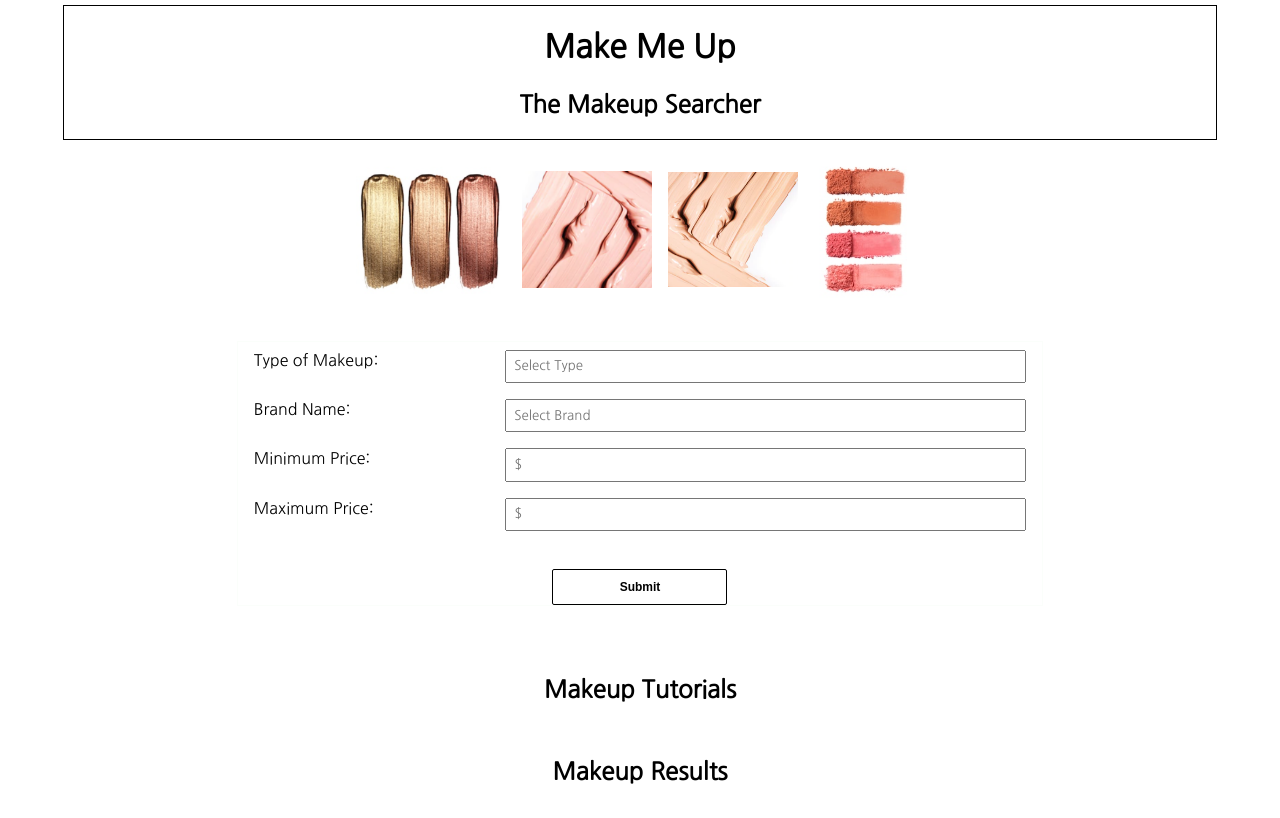
Repository: kaitlynMidori/MakeMeUp
Page: index.html
An editor plug-in stored every save of this project. The page is shown before and after the next save, followed by the edit.
The browser window is 1280 px wide. The pictures show the whole page.

Above is the page before, as saved 2020-12-14 12:35:31.

After the next save:
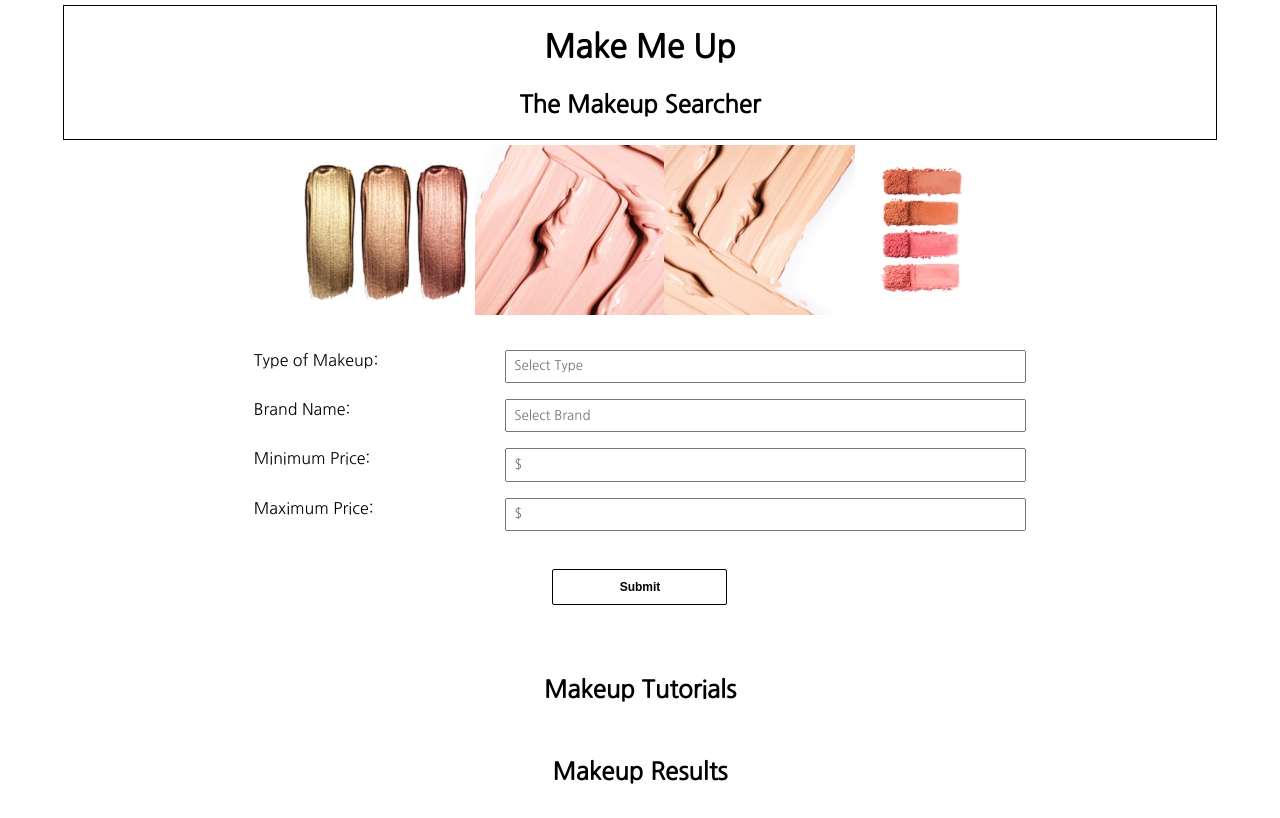
Saved 4 min 4 s later.
--- a/index.html
+++ b/index.html
@@ -23,9 +23,9 @@
     </header>
 
     <div id="img-container" class="img" style="padding: 5px;">
-        <img src="images/smear2.png" alt="lipstick smear" height="150px" width="150px" style="padding-top: 10px; padding-right: 8px;">
-        <img src="images/smear3.png" alt="blush smear" height="130px" width="130px" style="padding-top: 20px;padding-right: 8px; padding-left: 8px;">
-        <img src="images/smear1.png" alt="eyeshadow smear" height="130px" width="130px" style="padding-top: 20px;padding-left: 8px;">
+        <img src="images/smear2.png" alt="lipstick smear" >
+        <img src="images/smear3.png" alt="blush smear" >
+        <img src="images/smear1.png" alt="eyeshadow smear" >
         <img src="images/smear4.jpg" alt="concealer smear">
     </div>
 
